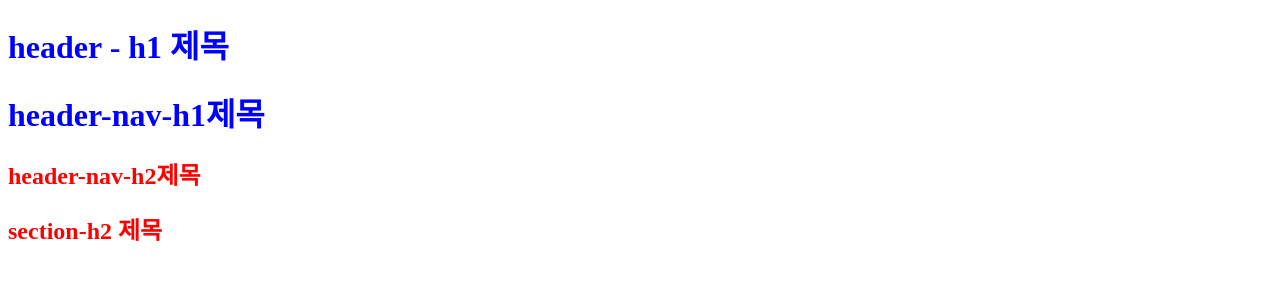
Repository: dudadab/Hhyundaiezwel_Academy
Page: CSS01/src/main/webapp/15_descSelector.html
The author's editor kept a copy of each file at every save. The page is drawn from the files as they stood at one save, then again after the next save.
The browser window is 1280 px wide. The pictures show the whole page.

Above is the page before, as saved 2025-07-02 02:51:10.

### CSS01/src/main/webapp/15_descSelector.html
<!DOCTYPE html>
<html>
<head>
<meta charset="UTF-8">
<title>Insert title here</title>
<style>
	body  h1 {color:blue;}

	body div {color:red;}

</style>
</head>
<body>
<div id="header">
<h1 class="title">header - h1 제목</h1>
<div id="nav">
	<h1>header-nav-h1제목</h1>
	<h2>header-nav-h2제목</h2>
</div>
</div>

<div id="section">
	<h2 class="title">section-h2 제목</h2>
</div>
</body>
</html>

After the next save:
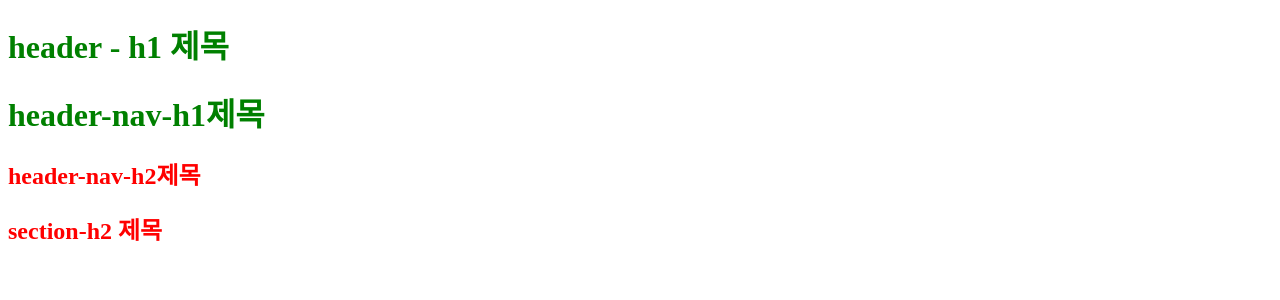
Saved 105 s later.
--- a/CSS01/src/main/webapp/15_descSelector.html
+++ b/CSS01/src/main/webapp/15_descSelector.html
@@ -4,20 +4,20 @@
 <meta charset="UTF-8">
 <title>Insert title here</title>
 <style>
-	body  h1 {color:blue;}
+
 
 	body div {color:red;}
-
+    body  h1 {color:green;}
 </style>
 </head>
 <body>
-<div id="header">
-<h1 class="title">header - h1 제목</h1>
-<div id="nav">
-	<h1>header-nav-h1제목</h1>
-	<h2>header-nav-h2제목</h2>
-</div>
-</div>
+	<div id="header">
+		<h1 class="title">header - h1 제목</h1>
+		<div id="nav">
+			<h1>header-nav-h1제목</h1>
+			<h2>header-nav-h2제목</h2>
+		</div>
+	</div>
 
 <div id="section">
 	<h2 class="title">section-h2 제목</h2>

After the save that followed:
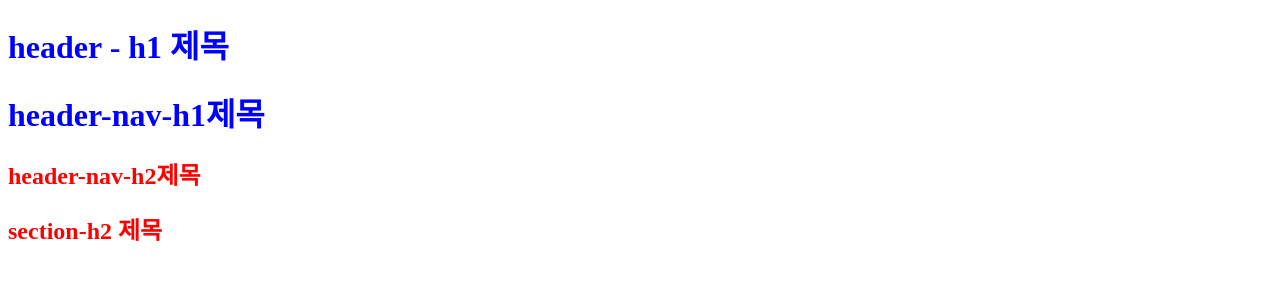
Saved 12 s later.
--- a/CSS01/src/main/webapp/15_descSelector.html
+++ b/CSS01/src/main/webapp/15_descSelector.html
@@ -4,10 +4,10 @@
 <meta charset="UTF-8">
 <title>Insert title here</title>
 <style>
-
+	body  h1 {color:blue;}
 
 	body div {color:red;}
-    body  h1 {color:green;}
+
 </style>
 </head>
 <body>
